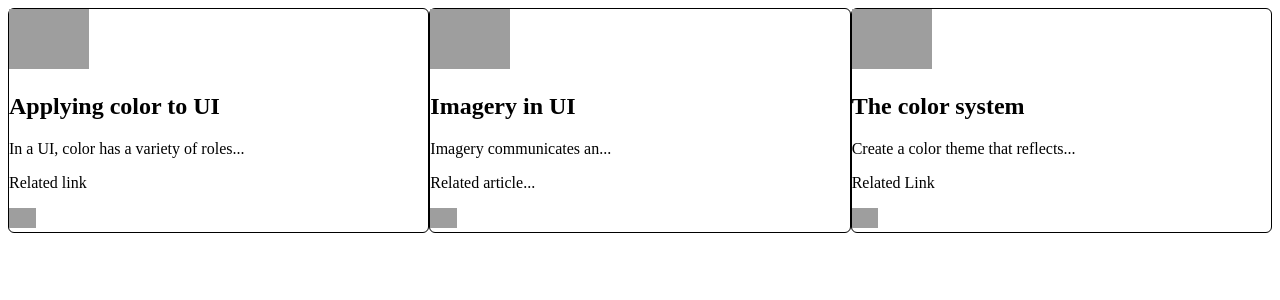
Repository: Sc-Juju/tres-cards
Page: index.html
An editor plug-in stored every save of this project. The page is shown before and after the next save, followed by the edit.
The browser window is 1280 px wide. The pictures show the whole page.
Pictures or frames that could not be fetched are drawn as grey boxes. Some web libraries are served in a nearby version.

Above is the page before, as saved 2022-09-29 10:13:43.

After the next save:
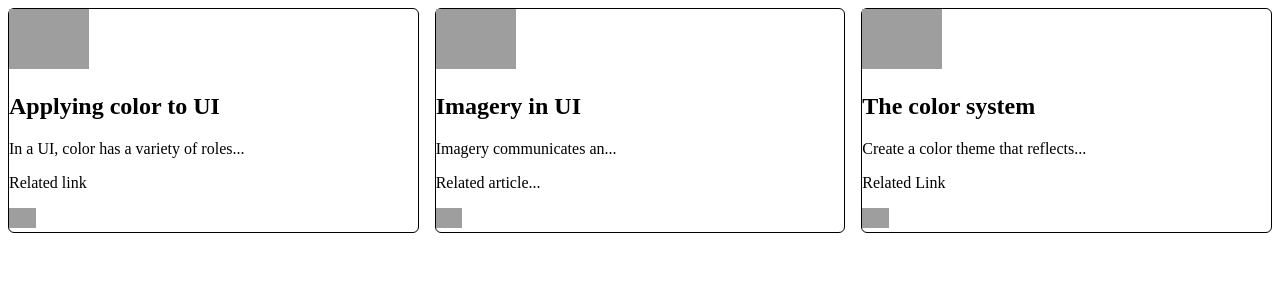
Saved 65 s later.
--- a/main.css
+++ b/main.css
@@ -1,6 +1,7 @@
 .tres-cards{
     display:grid;
     grid-template-columns:repeat(3,1fr);
+    gap:1em;
 }
 .card{
     border: 1px solid black;
